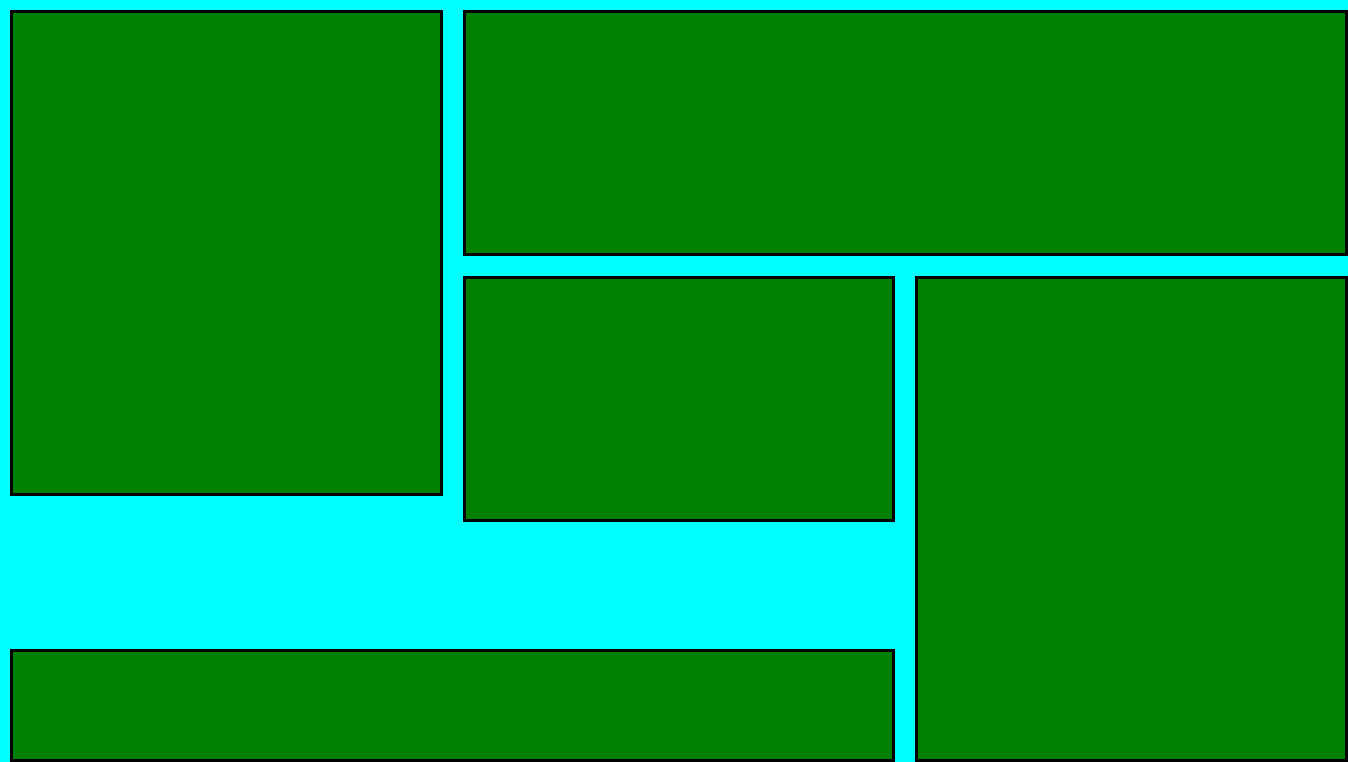
Repository: tianjiewang2022/tianjiewang2022.github.io
Page: index.html
The author's editor kept a copy of each file at every save. The page is drawn from the files as they stood at one save, then again after the next save.
The browser window is 1280 px wide. The page is 1348 px wide, so the pictures cover 1348 px, including what lies to the right of the window. The pictures show the whole page.

Above is the page before, as saved 2023-10-03 19:36:06.

After the next save:
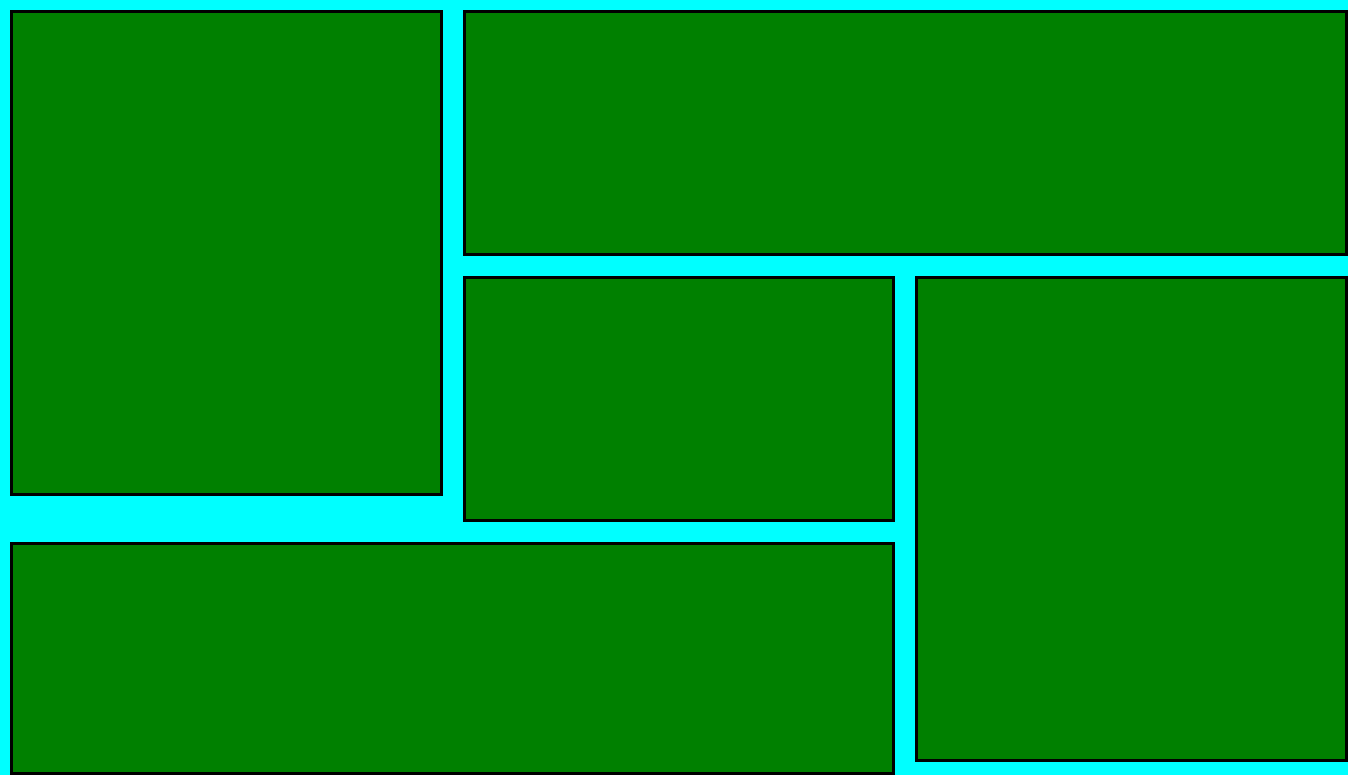
Saved 79 s later.
--- a/index.html
+++ b/index.html
@@ -10,8 +10,8 @@
                 margin: 0;
                 padding: 0;
                 display: grid;
-                /* grid-template-rows: repeat(3, 1fr);
-                grid-template-columns: repeat(3, 1fr); */
+                grid-template-rows: repeat(3, 1fr);
+                grid-template-columns: repeat(3, 1fr);
                 height: 100vh;
                 background-color: aqua;
             }
